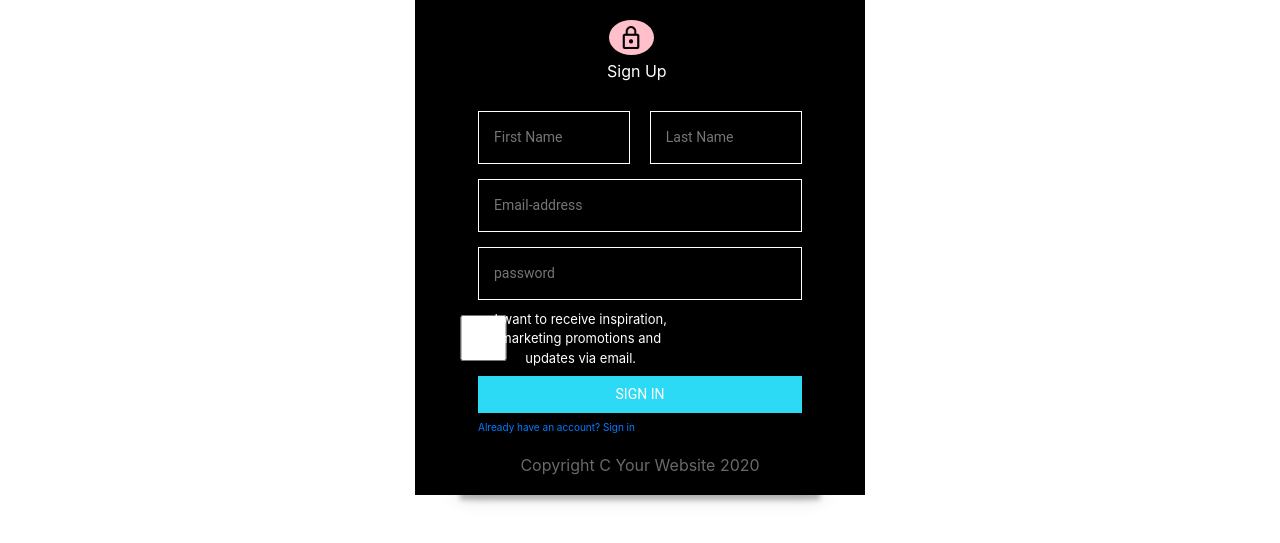
Repository: andbilous/cursor-styled-components
Page: /sign-up
The author's editor kept a copy of each file at every save. The page is drawn from the files as they stood at one save, then again after the next save.
The browser window is 1280 px wide. The pictures show the whole page.
The project was rebuilt for these pictures with package versions that can differ from the ones it lists, and the page was loaded fresh each time. Also part of the build but not shown: src/App.css, src/components/SignInForm.jsx.

Above is the page before, as saved 2020-04-19 16:58:22.

### src/App.js
import React from 'react';
import {
  BrowserRouter as Router,
  Switch,
  Route,
  Link
} from "react-router-dom";
import './App.css';
import SignInForm from './components/SignInForm';
import SignUpForm from './components/SignUpForm';

function App() {
  return (
   <Router>
      <Switch>
          <Route exact path="/sign-in">
            <SignInForm />
          </Route>
          <Route path="/sign-up">
            <SignUpForm />
          </Route>
        </Switch>
   </Router>
  );
}

export default App;

### src/components/SignUpForm.jsx
import React from 'react';
import styled from "styled-components";

const SignUpFormStyles = styled.div`
*{
  box-sizing: border-box;
}
.login-page {
  width: 450px;
  margin: auto;
  background: #000;
}
.form {
  position: relative;
  z-index: 1;
  max-width: 360px;
  margin: 0 auto;
  margin-top:10px;
  padding: 18px;
  text-align: center;
  box-shadow: 0 0 20px 0 rgba(0, 0, 0, 0.2), 0 5px 5px 0 rgba(0, 0, 0, 0.24);
}
.form input {
  font-family: "Roboto", sans-serif;
  outline: 0;
  border: 1px solid #fff;
  background:transparent;
  width: 100%;
  margin: 0 0 15px;
  padding: 15px;
  font-size: 14px;
}
.form input[type="checkbox"]{
  transform: translateX(-58px);
}
.form button {
  font-family: "Roboto", sans-serif;
  text-transform: uppercase;
  outline: 0;
  background: #2cdaf5;
  width: 100%;
  border: 0;
  padding: 8px;
  color: #FFFFFF;
  font-size: 14px;
  -webkit-transition: all 0.3 ease;
  transition: all 0.3 ease;
  cursor: pointer;
}
.form button:hover,.form button:active,.form button:focus {
  background: #43A047;
}
.form .message {
  margin: 15px 0 0;
  color: #b3b3b3;
  font-size: 12px;
}
.form .message a {
  color: #4CAF50;
  text-decoration: none;
}
.container {
  position: relative;
  z-index: 1;
  max-width: 300px;
  margin: 0 auto;
}
.container:before, .container:after {
  content: "";
  display: block;
  clear: both;
}
.container .info {
  margin: 50px auto;
  text-align: center;
}
.container .info h1 {
  margin: 0 0 15px;
  padding: 0;
  font-size: 36px;
  font-weight: 300;
  color: #1a1a1a;
}
.container .info span {
  color: #4d4d4d;
  font-size: 12px;
}
.container .info span a {
  color: #000000;
  text-decoration: none;
}
.container .info span .fa {
  color: #EF3B3A;
}
body {
  background: #76b852; /* fallback for old browsers */
  background: -webkit-linear-gradient(right, #76b852, #8DC26F);
  background: -moz-linear-gradient(right, #76b852, #8DC26F);
  background: -o-linear-gradient(right, #76b852, #8DC26F);
  background: linear-gradient(to left, #76b852, #8DC26F);
  font-family: "Roboto", sans-serif;
  -webkit-font-smoothing: antialiased;
  -moz-osx-font-smoothing: grayscale;
}
.links{
  display:flex
}
.remember{
color:#fff;
}
.additional{
 color: #2cdaf5;
 display: flex;
 justify-content: space-end;
}
.additional a{
  font-size:10px
 }
.img-container{
  background: pink;
  border-radius: 50%;
  width:10%;
  transform: translateY(20px);
  margin-left: 43%;
}
img{
  margin: 6px 11px;
  width: 50%;
}
.image-label{
  display:block;
  color:#fff;
  margin-left: 12rem;
  margin-top: 1.5rem;
}
.label-remember{
  display: inline-block;
  margin-bottom: .5rem;
  transform: translateX(-123px);
    font-size: 13px;
    width: 500px;
  margin-top: -5px;
}
footer{
  color: dimgrey;
}
.name{
  display:flex;
  justify-content: space-between;
}
.name input{
  width:47%
}
`


const SignUpForm =() =>{
  return (
    <SignUpFormStyles>
<div class="login-page">
  <div class='img-container'>
    <img src={require('../assets/padlock.png')}/>
    </div>
    <span class='image-label'>Sign Up</span>
  <div class="form">
    <form class="login-form">
      <div class='name'>
        <input type="text" placeholder="First Name"/>
    <input type="text" placeholder="Last Name"/></div>

    <input type="text" placeholder="Email-address"/>
      <input type="password" placeholder="password"/>
      <div class='links remember'>
        <input type="checkbox"/><label class='label-remember'>
          I want to receive inspiration, marketing promotions and updates via email.
          </label></div>
     <button>Sign In</button>
     <div class='links additional'>
       <p><a href="#">Already have an account? Sign in</a></p>
       </div>
       <footer>
       <span>Copyright C Your Website 2020</span>
       </footer>
    </form>
  </div>
</div>
    </SignUpFormStyles>

  )
}


export default  SignUpForm;

Loaded but not shown: public/index.html (common file); src/index.js (common file); src/index.css (common file); src/serviceWorker.js (common file)

After the next save:
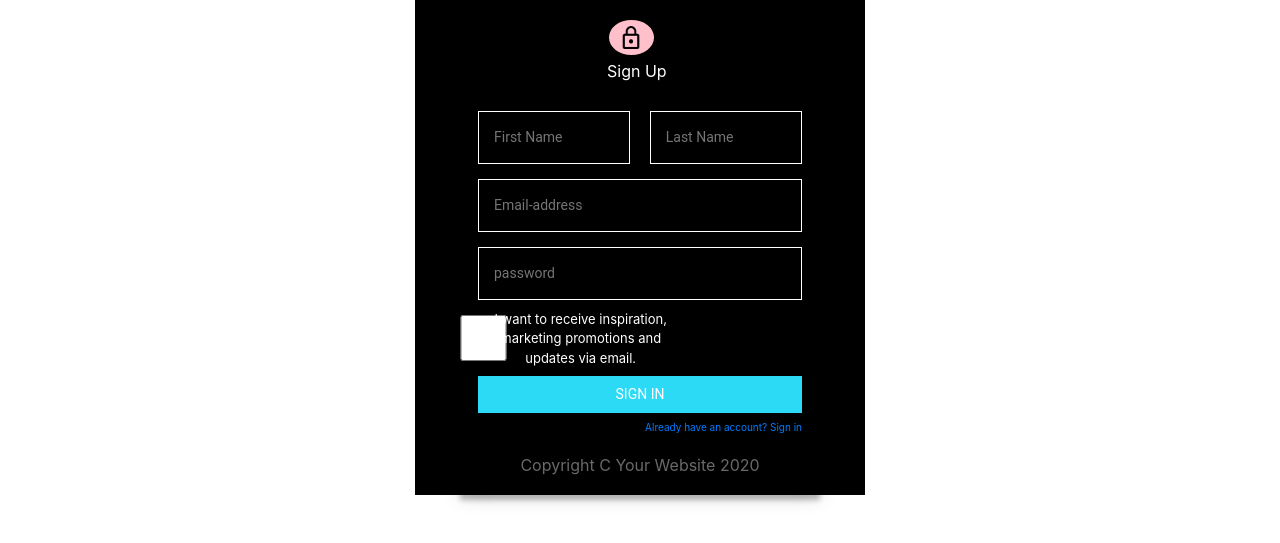
Saved 38 s later.
--- a/src/components/SignUpForm.jsx
+++ b/src/components/SignUpForm.jsx
@@ -111,7 +111,7 @@ color:#fff;
 .additional{
  color: #2cdaf5;
  display: flex;
- justify-content: space-end;
+ justify-content: flex-end;
 }
 .additional a{
   font-size:10px
